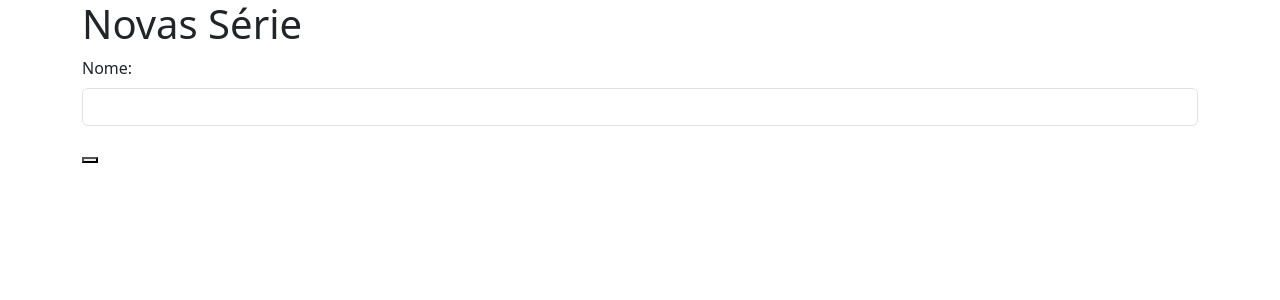
Repository: joaoDelaGracia/laravelTeste
Page: http://localhost/series/criar
The author's editor kept a copy of each file at every save. The page is drawn from the files as they stood at one save, then again after the next save.
The browser window is 1280 px wide. The pictures show the whole page.
The page is served by the project's Laravel application, run on PHP 8.4 with Laravel 12. Other server files are loaded and not shown. Style sheets and scripts are compiled from the project's sources, by tool versions that may differ from the author's.

Above is the page before, as saved 2025-05-26 13:24:47.

### app/Listeners/EmailUsersAboutSeriesCreated.php
<?php

namespace App\Listeners;

use App\Events\SeriesCreated as EventsSeriesCreated;
use App\Mail\SeriesCreated;
use App\Models\User;
use Illuminate\Contracts\Queue\ShouldQueue;
use Illuminate\Queue\InteractsWithQueue;
use Illuminate\Support\Facades\Mail;

class EmailUsersAboutSeriesCreated
{
    /**
     * Create the event listener.
     */
    public function __construct()
    {
        //
    }

    /**
     * Handle the event.
     */
    public function handle(EventsSeriesCreated $event): void
    {

        $userList = User::all();
        // dd($userList);
        foreach($userList as $index => $user){
            $email = new SeriesCreated(
                    $event->nome,
                    $event->id,
                    $event->seasonsQty,
                    $event->episodesPerSeason
                );
            $when = now()->addSeconds($index * 5);
            Mail::to($user)->later($when,$email);

        }

    }
}

### app/Listeners/LogSeriesCreated.php
<?php

namespace App\Listeners;

use App\Events\SeriesCreated;
use Illuminate\Contracts\Queue\ShouldQueue;
use Illuminate\Queue\InteractsWithQueue;
use Illuminate\Support\Facades\Log;

class LogSeriesCreated implements ShouldQueue
{
    /**
     * Create the event listener.
     */
    public function __construct()
    {
        //
    }

    /**
     * Handle the event.
     */
    public function handle(SeriesCreated $event): void
    {
        Log::info("Série {$event->nome} criada com sucesso");
    }
}

### routes/web.php
<?php

use App\Http\Controllers\SeriesController;
use Illuminate\Routing\Route as RoutingRoute;
use Illuminate\Support\Facades\Route;

Route::get('/', function () {
    return view('welcome');
});

Route::get('/series', [SeriesController::class, 'index']);
Route::get('/series/criar', [SeriesController::class, 'create']);
Route::post('/series/salvar', [SeriesController::class,'store']);

### app/Http/Controllers/SeriesController.php
<?php

namespace App\Http\Controllers;

use App\Models\Serie;
use Illuminate\Http\Request;

class SeriesController extends Controller
{
    public function index(){

        $series = Serie::all();

        return view('series.index', compact('series'));

    }

    public function create(Request $request){
        return view("series.create");
    }


    public function store(Request $request){

        $nomeSerie = $request->input("nome");
        $serie = new Serie();
        $serie->nome = $nomeSerie;
        $serie->save();

        return redirect('/series');
    }

}

### app/Http/Controllers/Controller.php
<?php

namespace App\Http\Controllers;

use Barryvdh\Debugbar\Controllers\BaseController;

abstract class Controller extends BaseController
{
    //
}

### resources/views/series/create.blade.php
<x-layout title="Novas Série">
    <form class="mb-3" action="/series/salvar" method="post">
        @csrf
        <label class="form-label" for="nome">Nome:</label>
        <input class="form-control" type="text" id="nome" name="nome">
    </form>
    <button
</x-layout>

### resources/views/components/layout.blade.php
<!DOCTYPE html>
<html lang="en">
<head>
    <meta charset="UTF-8">
    <meta name="viewport" content="width=device-width, initial-scale=1.0">
    <title>{{ $title }} - Controle de Séries</title>
    @vite(['resources/css/app.scss', 'resources/js/app.js'])
</head>
<body>
    <div class="container">
        <h1 class="">{{ $title }} </h1>
        {{ $slot }}
    </div>
</body>
</html>

### resources/css/app.scss
// @tailwind base;
// @tailwind components;
// @tailwind utilities;
@import 'bootstrap/scss/bootstrap';

// Tailwind não reconhece diretivas como @source ou @theme dentro de SCSS.
// Elas devem ir na configuração do Tailwind (`tailwind.config.js`), não no .scss.

// Fontes personalizadas com Tailwind podem ser definidas no tailwind.config.js também,
// mas se quiser adicionar diretamente no SCSS, pode fazer isso assim:
:root {
    --font-sans: 'Instrument Sans', ui-sans-serif, system-ui, sans-serif, 'Apple Color Emoji',
        'Segoe UI Emoji', 'Segoe UI Symbol', 'Noto Color Emoji';
}

After the next save:
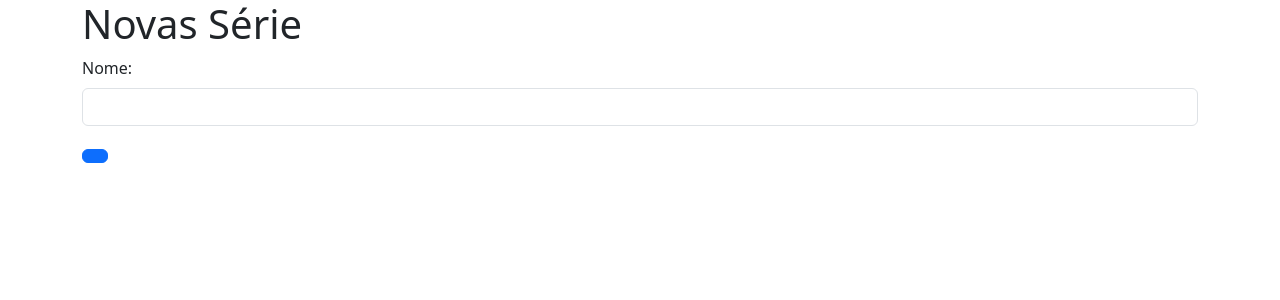
Saved 9 s later.
--- a/resources/views/series/create.blade.php
+++ b/resources/views/series/create.blade.php
@@ -4,5 +4,5 @@
         <label class="form-label" for="nome">Nome:</label>
         <input class="form-control" type="text" id="nome" name="nome">
     </form>
-    <button
+    <button class="btn btn-primary"></button>
 </x-layout>
